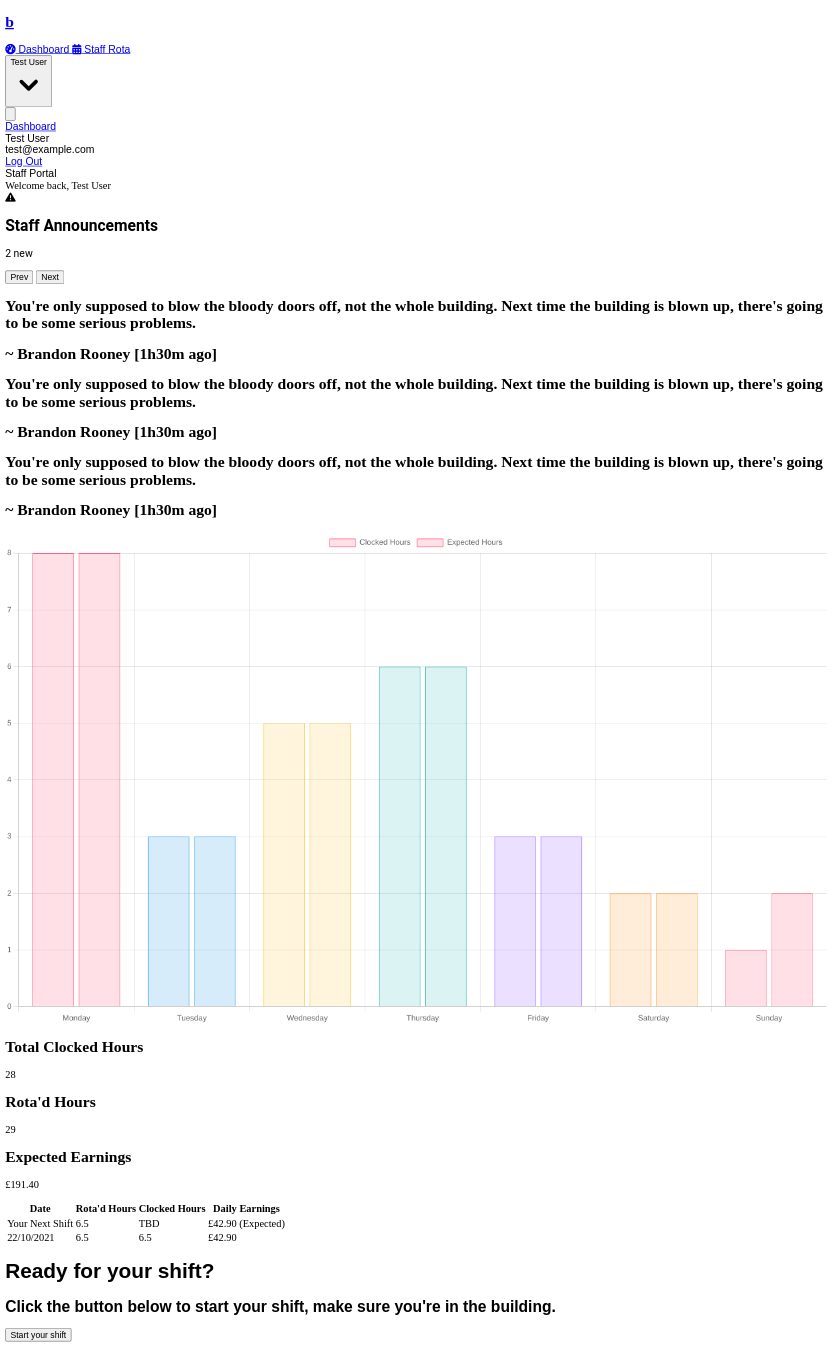
Repository: SimplyBrandon/blue-lounge
Page: http://localhost/dashboard
The author's editor kept a copy of each file at every save. The page is drawn from the files as they stood at one save, then again after the next save.
The browser window is 1280 px wide. The pictures show the whole page, at 65% of full size.
Some web libraries are served in a nearby version. The page is served by the project's Laravel application, run on PHP 8.4 with Laravel 8. A made-up administrator, Test User (test@example.com), is signed in.

Above is the page before, as saved 2021-10-25 21:18:26.

After the next save:
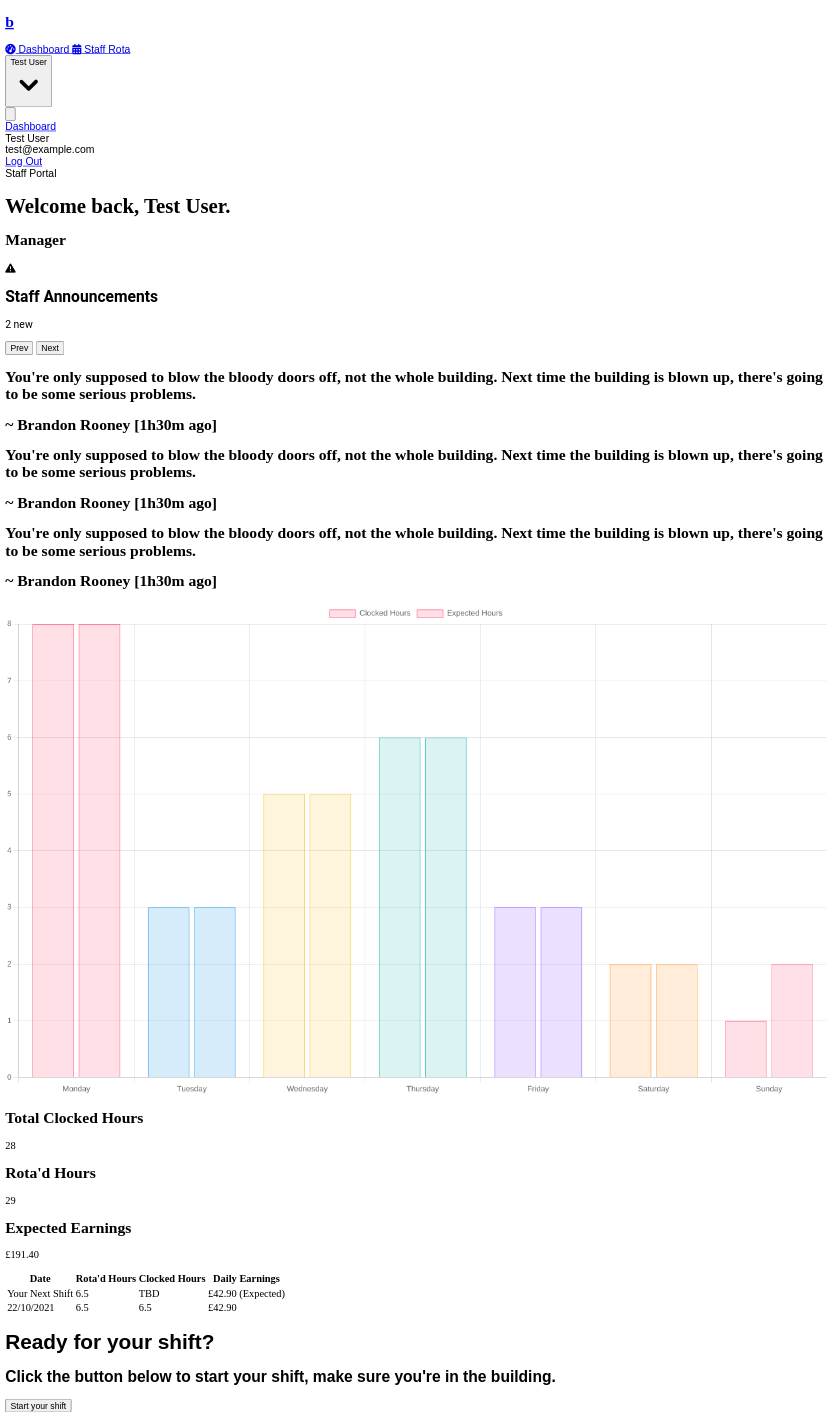
Saved 16 s later.
--- a/resources/views/dashboard.blade.php
+++ b/resources/views/dashboard.blade.php
@@ -2,7 +2,8 @@
 
 @section('content')
     <div class="flex flex-col max-w-7xl mx-auto px-4 py-12 sm:px-6 lg:px-8">
-        Welcome back, {{ Auth::user()->name }}
+        <h1>Welcome back, {{ Auth::user()->name }}.</h1>
+        <h2>Manager</h2>
     </div>
     <div class="flex items-start max-w-7xl mx-auto mt-10 px-4 sm:px-6 lg:px-8">
         <div class="flex flex-col flex-grow mr-10">
